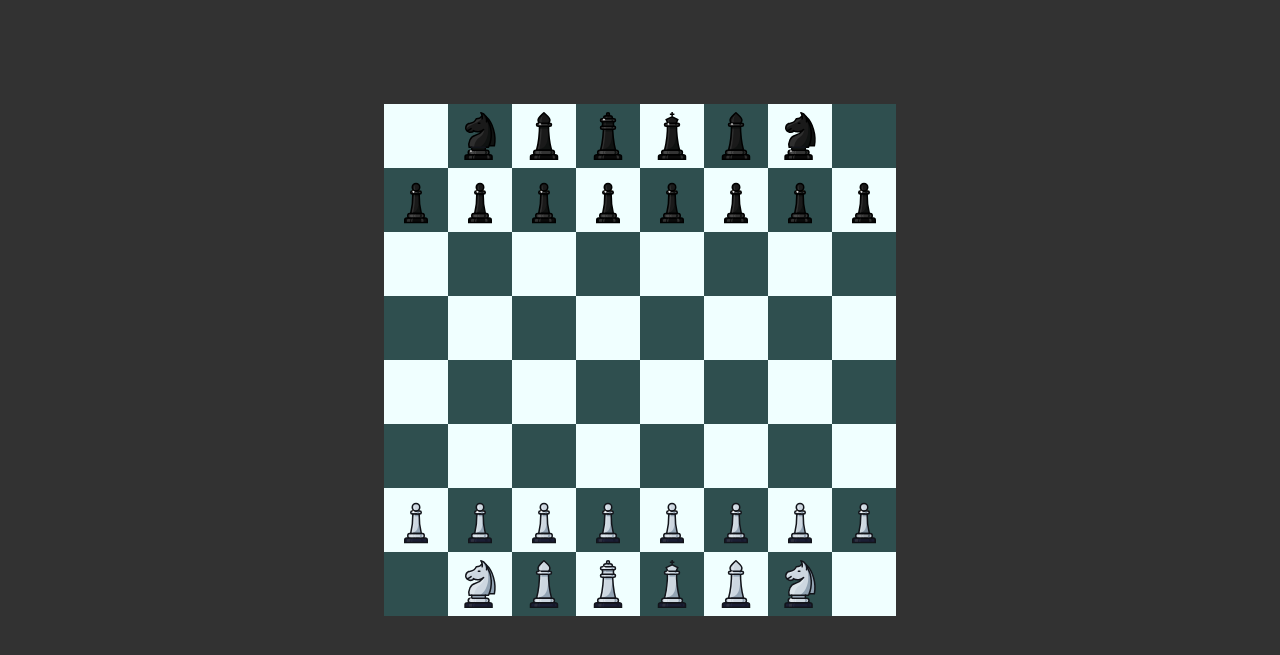
Repository: Mirsmog/react-chess
Page: /
The author's editor kept a copy of each file at every save. The page is drawn from the files as they stood at one save, then again after the next save.
The browser window is 1280 px wide. The pictures show the whole page.
The project was rebuilt for these pictures with package versions that can differ from the ones it lists, and the page was loaded fresh each time. Also part of the build but not shown: vite.config.ts.

Above is the page before, as saved 2023-10-28 14:56:21.

### src/App.tsx
import BoardComponent from '@/components/BoardComponent';
import { Board } from './models/Board';
import React from 'react';

const App = () => {
  const [board, setBoard] = React.useState(new Board());

  React.useEffect(() => {
    restart();
  }, []);

  function restart() {
    const newBoard = new Board();
    newBoard.initCells();
    newBoard.addFigures()
    setBoard(newBoard);
  }
  return (
    <div className='app'>
      <BoardComponent board={board} setBoard={setBoard} />
    </div>
  );
};

export default App;

### src/index.css
:root {
  --sell-size: 64px;
}

* {
  margin: 0;
  padding: 0;
}

.app {
  background-color: #323232;
  width: 100vw;
  height: 100vh;
  display: flex;
  justify-content: center;
  align-items: center;
}

.board {
  display: flex;
  width: calc(var(--sell-size) * 8);
  height: calc(var(--sell-size) * 8);
  flex-wrap: wrap;
}

.cell {
  width: var(--sell-size);
  height: var(--sell-size);
  display: flex;
  justify-content: center;
  align-items: center;
}

.cell img {
  width: 48px;
  height: 48px;
  position: relative;
}

img[src*="/src/assets/pawn-white.svg"],
img[src*="/src/assets/pawn-black.svg"] {
  /* transform: scale(1.18); */
  transform: translateY(3px);
}

.black {
  background-color: darkslategrey;
}

.white {
  background-color: azure;
}

### src/components/BoardComponent.tsx
import { Board } from '@/models/Board';
import React from 'react';
import CellComponent from './CellComponent';

type Props = {
  board: Board;
  setBoard: (board: Board) => void;
};

const BoardComponent: React.FC<Props> = ({ board, setBoard }) => {
  return (
    <div className='board'>
      {board.cells.map((row, index) => (
        <React.Fragment key={index}>
          {row.map((cell) => (
            <CellComponent key={cell.id} cell={cell} />
          ))}
        </React.Fragment>
      ))}
    </div>
  );
};

export default BoardComponent;

### src/models/Board.ts
import { Cell } from './Cell';
import { Colors } from './Colors';
import { Bishop } from './figures/Bishop';
import { King } from './figures/King';
import { Knight } from './figures/Knight';
import { Pawn } from './figures/Pawn';
import { Queen } from './figures/Queen';

export class Board {
  cells: Cell[][] = [];

  public initCells() {
    for (let i = 0; i < 8; i++) {
      const row: Cell[] = [];
      for (let j = 0; j < 8; j++) {
        if ((i + j) % 2 !== 0) {
          row.push(new Cell(this, j, i, Colors.BLACK, null)); // black
        } else {
          row.push(new Cell(this, j, i, Colors.WHITE, null)); // white
        }
      }
      this.cells.push(row);
    }
  }
  public getCell(x: number, y: number) {
    return this.cells[y][x];
  }

  private addPawns() {
    for (let i = 0; i < 8; i++) {
      new Pawn(Colors.BLACK, this.getCell(i, 1));
      new Pawn(Colors.WHITE, this.getCell(i, 6));
    }
  }
  private addKings() {
    new King(Colors.BLACK, this.getCell(4, 0));
    new King(Colors.WHITE, this.getCell(4, 7));
  }
  private addQueens() {
    new Queen(Colors.BLACK, this.getCell(3, 0));
    new Queen(Colors.WHITE, this.getCell(3, 7));
  }
  private addBishops() {
    new Bishop(Colors.BLACK, this.getCell(2, 0));
    new Bishop(Colors.BLACK, this.getCell(5, 0));
    new Bishop(Colors.WHITE, this.getCell(2, 7));
    new Bishop(Colors.WHITE, this.getCell(5, 7));
  }
  private addKnights() {
    new Knight(Colors.BLACK, this.getCell(1, 0));
    new Knight(Colors.BLACK, this.getCell(6, 0));
    new Knight(Colors.WHITE, this.getCell(1, 7));
    new Knight(Colors.WHITE, this.getCell(6, 7));
  }
  private addRooks() {
    new Knight(Colors.BLACK, this.getCell(1, 0));
    new Knight(Colors.BLACK, this.getCell(6, 0));
    new Knight(Colors.WHITE, this.getCell(1, 7));
    new Knight(Colors.WHITE, this.getCell(6, 7));
  }

  public addFigures() {
    this.addKings();
    this.addBishops();
    this.addKnights();
    this.addQueens();
    this.addPawns();
    this.addRooks();
  }
}

### src/components/CellComponent.tsx
import { Cell } from '@/models/Cell';
import React from 'react';

type Props = {
  cell: Cell;
};

const CellComponent: React.FC<Props> = ({ cell }) => {
  return (
    <div className={`cell ${cell.color}`}>
      {cell.figure?.logo && (
        <img src={cell.figure.logo} alt={cell.figure.logo} />
      )}
    </div>
  );
};

export default CellComponent;

### src/models/Cell.ts
import { Board } from './Board';
import { Colors } from './Colors';
import { Figure } from './figures/Figure';

export class Cell {
  readonly x: number;
  readonly y: number;
  readonly color: Colors;
  figure: Figure | null;
  board: Board;
  available: boolean;
  id: number;

  constructor(
    board: Board,
    x: number,
    y: number,
    color: Colors,
    figure: Figure | null
  ) {
    this.board = board;
    this.figure = figure;
    this.color = color;
    this.x = x;
    this.y = y;
    this.available = false;
    this.id = Math.random();
  }
}

### src/models/Colors.ts
export enum Colors {
  BLACK = 'black',
  WHITE = 'white',
}

### src/models/figures/Bishop.ts
import { Cell } from '../Cell';
import { Colors } from '../Colors';
import { Figure, FigureName } from './Figure';
import bishopBlack from '@/assets/bishop-black.svg';
import bishopWhite from '@/assets/bishop-white.svg';
export class Bishop extends Figure {
  constructor(color: Colors, cell: Cell) {
    super(color, cell);
    this.logo = color === Colors.BLACK ? bishopBlack : bishopWhite;
    this.name = FigureName.BISHOP
  }
}

### src/models/figures/King.ts
import { Cell } from '../Cell';
import { Colors } from '../Colors';
import { Figure, FigureName } from './Figure';
import kingBlack from '@/assets/king-black.svg';
import kingWhite from '@/assets/king-white.svg';
export class King extends Figure {
  constructor(color: Colors, cell: Cell) {
    super(color, cell);
    this.logo = color === Colors.BLACK ? kingBlack : kingWhite;
    this.name = FigureName.KING
  }
}

### src/models/figures/Knight.ts
import { Cell } from '../Cell';
import { Colors } from '../Colors';
import { Figure, FigureName } from './Figure';
import knightBlack from '@/assets/knight-black.svg';
import knightWhite from '@/assets/knight-white.svg';
export class Knight extends Figure {
  constructor(color: Colors, cell: Cell) {
    super(color, cell);
    this.logo = color === Colors.BLACK ? knightBlack : knightWhite;
    this.name = FigureName.KNIGHT
  }
}

### src/models/figures/Pawn.ts
import { Cell } from '../Cell';
import { Colors } from '../Colors';
import { Figure, FigureName } from './Figure';
import pawnBlack from '@/assets/pawn-black.svg';
import pawnWhite from '@/assets/pawn-white.svg';
export class Pawn extends Figure {
  constructor(color: Colors, cell: Cell) {
    super(color, cell);
    this.logo = color === Colors.BLACK ? pawnBlack : pawnWhite;
    this.name = FigureName.PAWN
  }
}

### src/models/figures/Queen.ts
import { Cell } from '../Cell';
import { Colors } from '../Colors';
import { Figure, FigureName } from './Figure';
import queenBlack from '@/assets/queen-black.svg';
import queenWhite from '@/assets/queen-white.svg';
export class Queen extends Figure {
  constructor(color: Colors, cell: Cell) {
    super(color, cell);
    this.logo = color === Colors.BLACK ? queenBlack : queenWhite;
    this.name = FigureName.QUEEN
  }
}

### src/models/figures/Figure.ts
import { Cell } from '../Cell';
import { Colors } from '../Colors';
import logo from '@/assets/bishop-black.svg';

import queenBlack from '@/assets/queen-black.svg';
import bishopBlack from '@/assets/bishop-black.svg';
import rookBlack from '@/assets/rook-black.svg';
import knightBlack from '@/assets/knight-black.svg';
import pawnBlack from '@/assets/pawn-black.svg';

import queenWhite from '@/assets/queen-white.svg';
import bishopWhite from '@/assets/bishop-white.svg';
import rookWhite from '@/assets/rook-white.svg';
import knightWhite from '@/assets/knight-white.svg';
import pawnWhite from '@/assets/pawn-white.svg';

export enum FigureName {
  FIGURE = 'figure',
  KING = 'king',
  QUEEN = 'queen',
  ROOK = 'rook',
  BISHOP = 'bishop',
  PAWN = 'pawn',
  KNIGHT = 'knight',
}


export class Figure {
  color: Colors;
  logo: typeof logo | null;
  cell: Cell;
  name: FigureName;
  id: number;

  constructor(color: Colors, cell: Cell) {
    this.color = color;
    this.cell = cell;
    this.cell.figure = this;
    this.logo = null;
    this.name = FigureName.FIGURE;
    this.id = Math.random();
  }

  canMove(target: Cell): boolean {
    return true;
  }
  moveFigure(target: Cell) {}
}

### src/models/figures/Rook.ts
import { Cell } from '../Cell';
import { Colors } from '../Colors';
import { Figure, FigureName } from './Figure';
import rookBlack from '@/assets/rook-black.svg';
import rookWhite from '@/assets/rook-white.svg';
export class Rook extends Figure {
  constructor(color: Colors, cell: Cell) {
    super(color, cell);
    this.logo = color === Colors.BLACK ? rookBlack : rookWhite;
    this.name = FigureName.ROOK;
  }
}

Loaded but not shown: index.html (common file); src/main.tsx (common file)

After the next save:
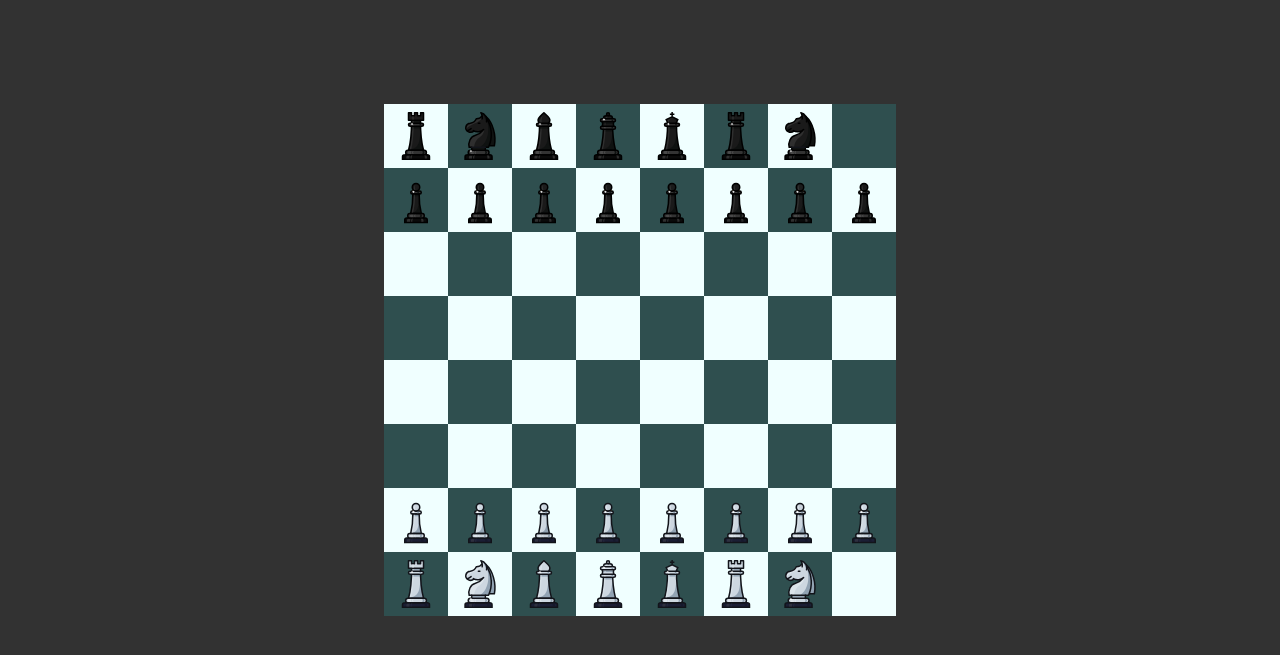
Saved 107 s later.
--- a/src/models/Board.ts
+++ b/src/models/Board.ts
@@ -5,6 +5,7 @@ import { King } from './figures/King';
 import { Knight } from './figures/Knight';
 import { Pawn } from './figures/Pawn';
 import { Queen } from './figures/Queen';
+import { Rook } from './figures/Rook';
 
 export class Board {
   cells: Cell[][] = [];
@@ -53,10 +54,10 @@ export class Board {
     new Knight(Colors.WHITE, this.getCell(6, 7));
   }
   private addRooks() {
-    new Knight(Colors.BLACK, this.getCell(1, 0));
-    new Knight(Colors.BLACK, this.getCell(6, 0));
-    new Knight(Colors.WHITE, this.getCell(1, 7));
-    new Knight(Colors.WHITE, this.getCell(6, 7));
+    new Rook(Colors.BLACK, this.getCell(0, 0));
+    new Rook(Colors.BLACK, this.getCell(5, 0));
+    new Rook(Colors.WHITE, this.getCell(0, 7));
+    new Rook(Colors.WHITE, this.getCell(5, 7));
   }
 
   public addFigures() {
